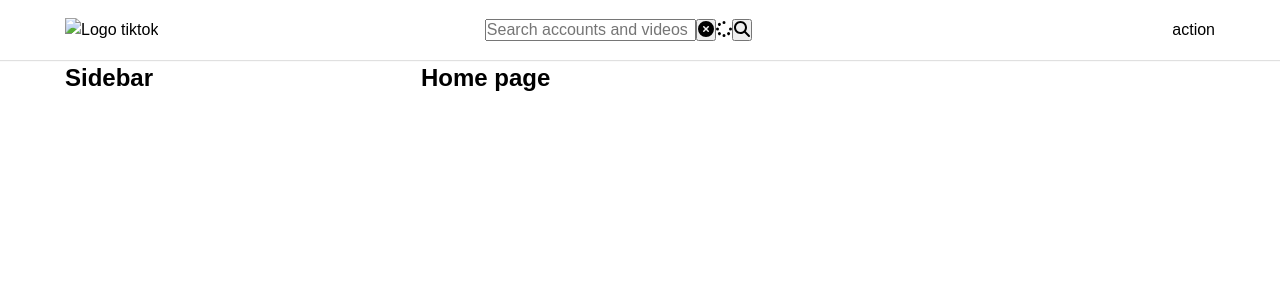
Repository: ChiNg22nd04/tiktok-ui
Page: /
The author's editor kept a copy of each file at every save. The page is drawn from the files as they stood at one save, then again after the next save.
The browser window is 1280 px wide. The pictures show the whole page.
Some web fonts or font styles are not loaded; a fallback is used. The project was rebuilt for these pictures with package versions that can differ from the ones it lists, and the page was loaded fresh each time. Also part of the build but not shown: src/components/Layout/HeaderOnlyLayout/index.js, src/pages/Following/index.js, src/pages/Profile/index.js, src/pages/Upload/index.js.

Above is the page before, as saved 2024-04-08 16:38:31.

After the next save:
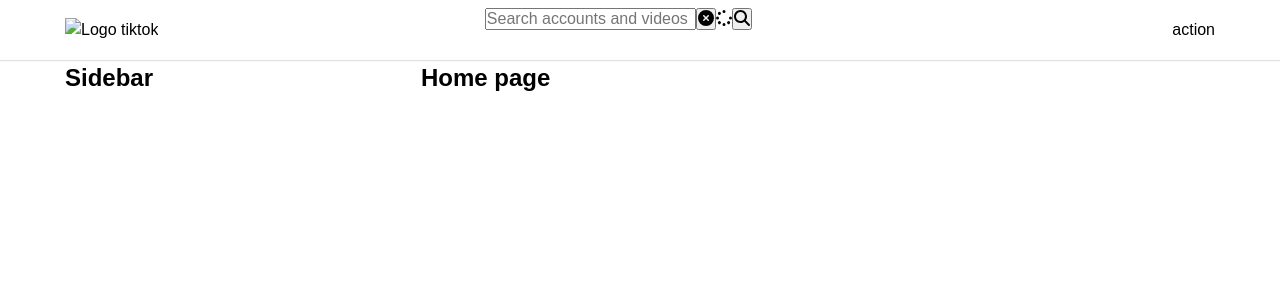
Saved 5 s later.
--- a/src/components/Layout/components/Header/Header.module.scss
+++ b/src/components/Layout/components/Header/Header.module.scss
@@ -21,6 +21,8 @@
 
 .search {
     width: var(--search-width);
+    height: 46px;
+
 
 }
 
